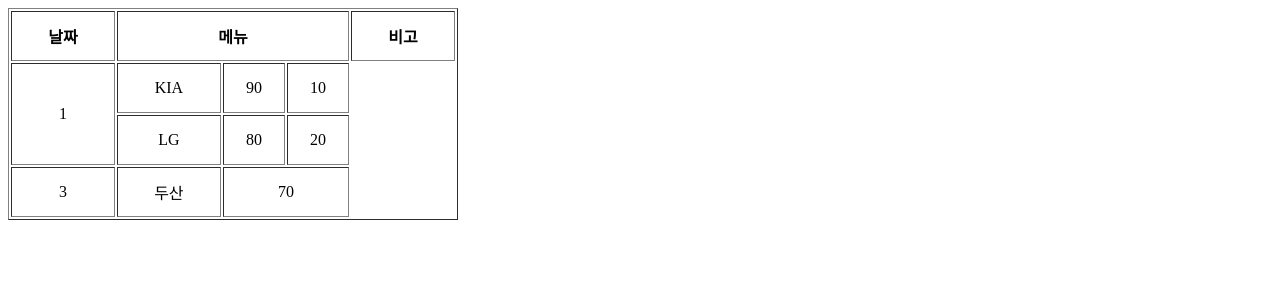
Repository: Cheol-Cheol/KOSA
Page: Kcc_web/Html/WebContent/mission/2.html
These files come from the project's save history. The page is drawn as it stood at one moment and after the next save; the edit follows.
The browser window is 1280 px wide. The pictures show the whole page.

Above is the page before, as saved 2024-07-08 05:35:10.

After the next save:
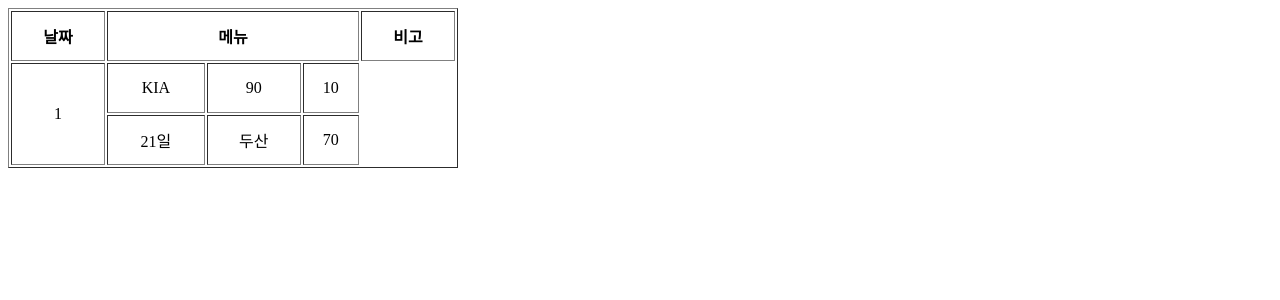
Saved 18 s later.
--- a/Kcc_web/Html/WebContent/mission/2.html
+++ b/Kcc_web/Html/WebContent/mission/2.html
@@ -21,14 +21,9 @@
 				<td>10</td>
 			</tr>
 			<tr height="50" align="center">
-				<td>LG</td>
-				<td>80</td>
-				<td>20</td>
-			</tr>
-			<tr height="50" align="center">
-				<td>3</td>
+				<td>21일</td>
 				<td>두산</td>
-				<td colspan="2">70</td>
+				<td>70</td>
 			</tr>
 		</tbody>
 	</table>
